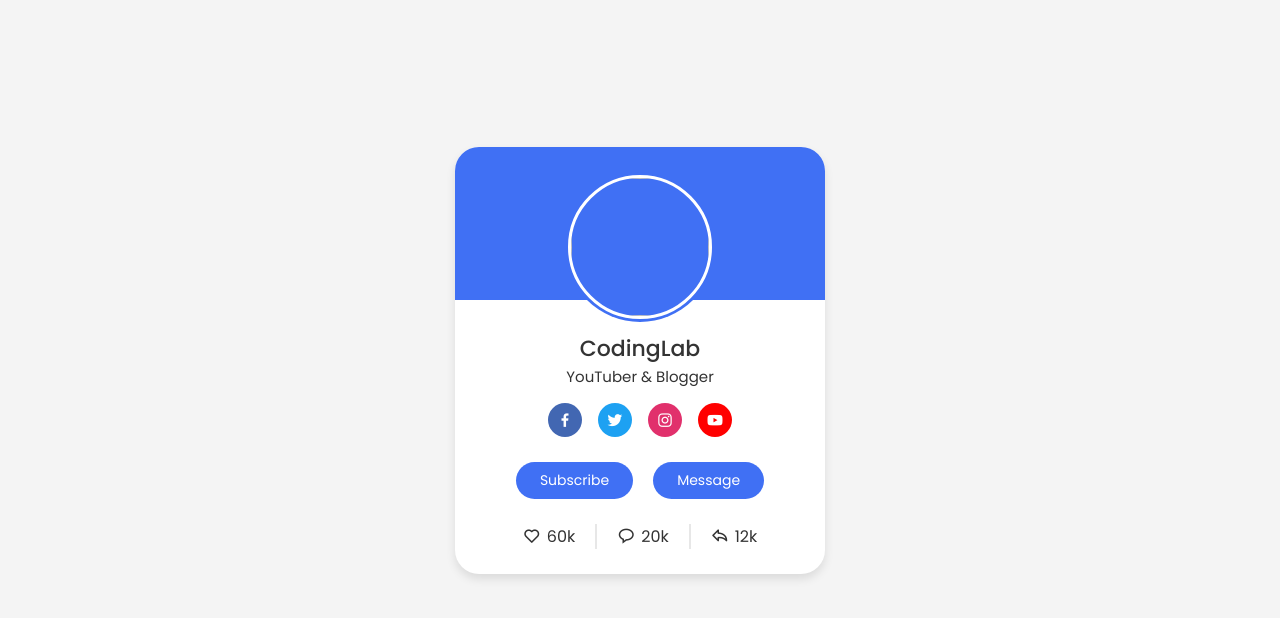
Repository: vkiyo/75days
Page: index.html
The author's editor kept a copy of each file at every save. The page is drawn from the files as they stood at one save, then again after a run of saves.
The browser window is 1280 px wide. The pictures show the whole page.

Above is the page before, as saved 2024-10-05 19:43:03.
Not found: profile.jpg

After the next 2 saves:
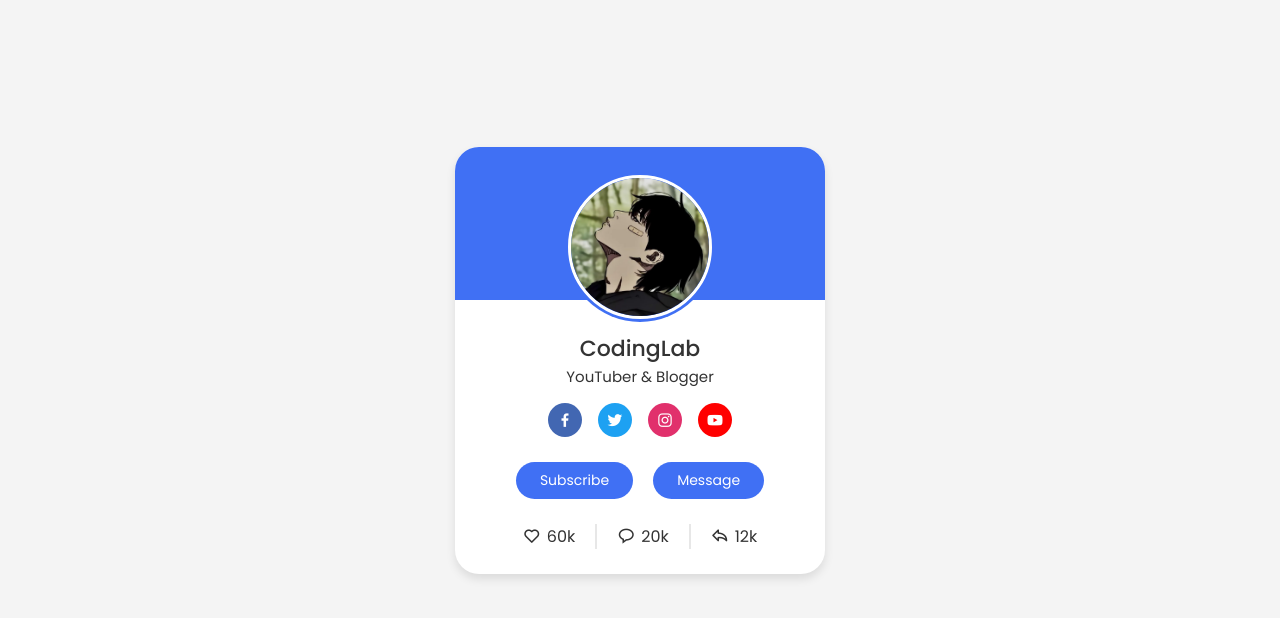
The 2 saves are shown as one change because they came seconds apart.
The last was saved 3 min 42 s later.
--- a/index.html
+++ b/index.html
@@ -12,7 +12,7 @@
   <body>
     <div class="profile-card">
       <div class="image">
-        <img src="profile.jpg" alt="" class="profile-img" />
+        <img src="jay.webp" alt="" class="profile-img" />
       </div>
 
       <div class="text-data">
